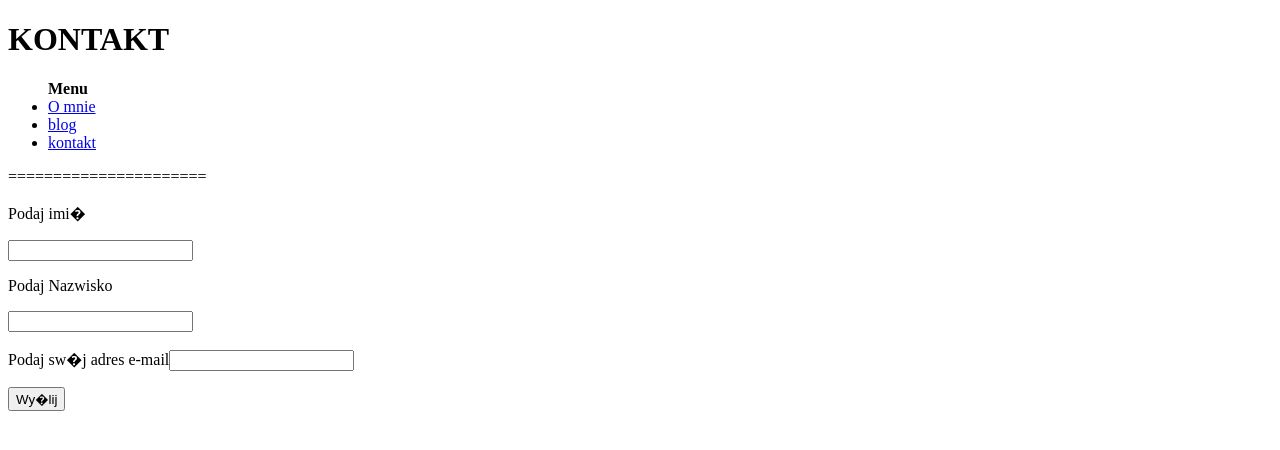
Repository: TomaszPrysak/spring_programy
Page: http://localhost/kontakt
These files come from the project's save history. The page is drawn as it stood at one moment and after the next save; the edit follows.
The browser window is 1280 px wide. The pictures show the whole page.
The page is this project's Thymeleaf template; nobody is signed in. The template is opened directly, without the code that normally fills it, so the values that code supplies are empty.

Above is the page before, as saved 2017-08-28 12:38:23.

After the next save:
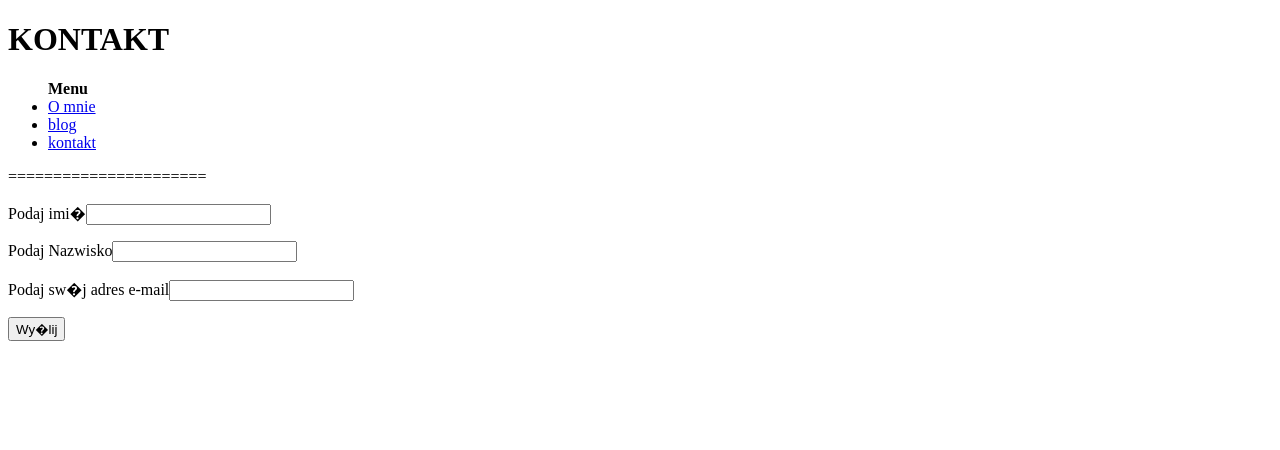
Saved 67 s later.
--- a/Spring_Cwiczenie_S1_Jar/src/main/resources/templates/kontakt.html
+++ b/Spring_Cwiczenie_S1_Jar/src/main/resources/templates/kontakt.html
@@ -14,10 +14,10 @@
 		<p>======================</p>
 
 		<form action="/succes" method="get">
-			<p>Podaj imiê</p><input type="text" name="first"/><br/>
-			<p>Podaj Nazwisko</p><input type="text" name="last"/><br/>
-			<p>Podaj swój adres e-mail<input type="email" name="email"/><br/>
-			<p><input type="submit" value="Wyœlij"/><br/></p>
+			<p>Podaj imiê<input type="text" name="first"/></p>
+			<p>Podaj Nazwisko<input type="text" name="last"/></p>
+			<p>Podaj swój adres e-mail<input type="email" name="email"/></p>
+			<input type="submit" value="Wyœlij"/>
 		</form>
 
 	</body>
